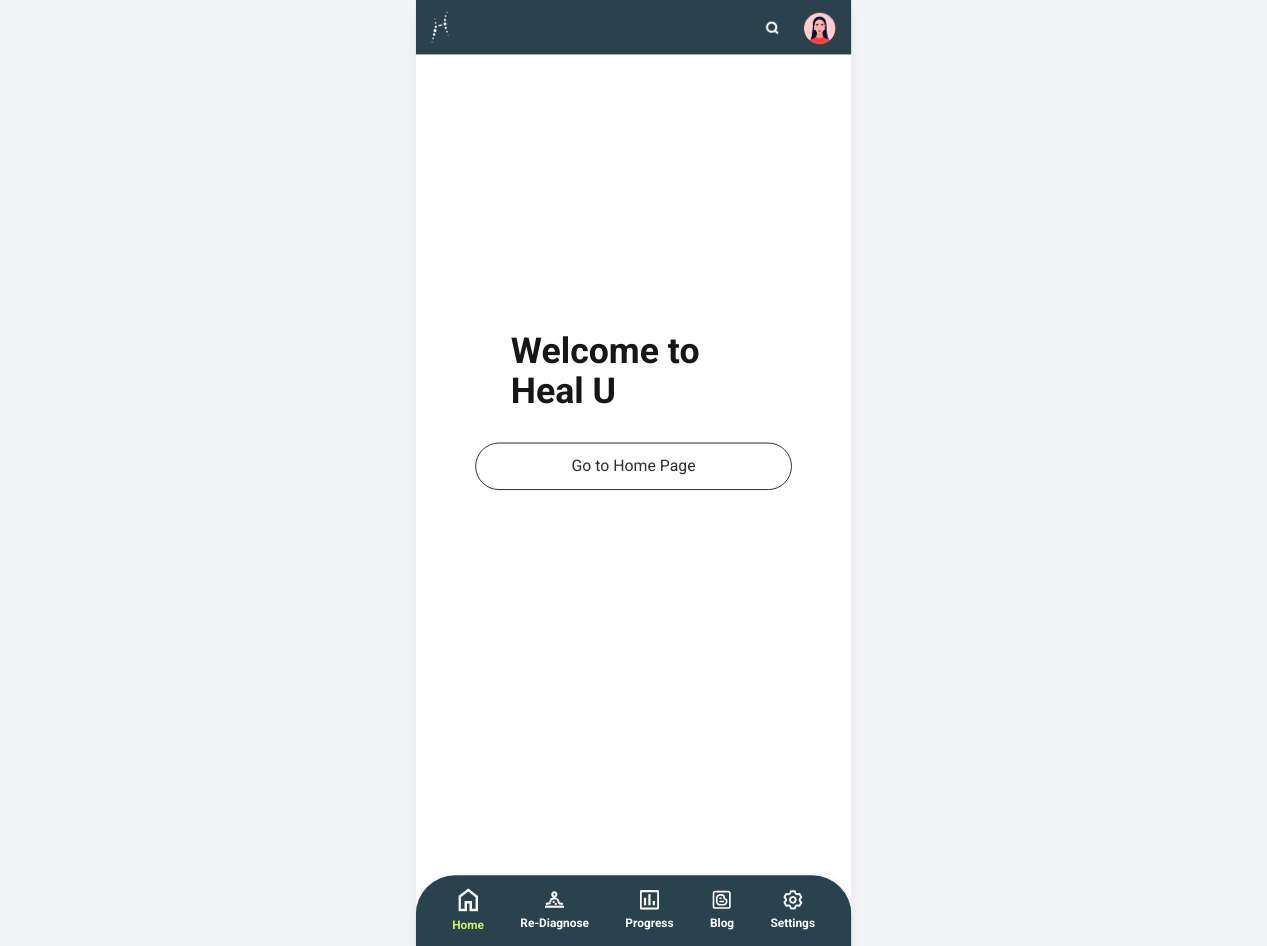
Repository: patcha-d3/heal_u
Page: /
An editor plug-in stored every save of this project. The page is shown before and after the next save, followed by the edit.
The browser window is 1280 px wide. The pictures show the whole page, at 99% of full size.
The project was rebuilt for these pictures with package versions that can differ from the ones it lists, and the page was loaded fresh each time. The framework's server and built-in components were replaced by stand-ins that run in the browser. Also part of the build but not shown: next.config.js, next.config.mjs.

Above is the page before, as saved 2025-05-08 10:43:42.

After the next save:
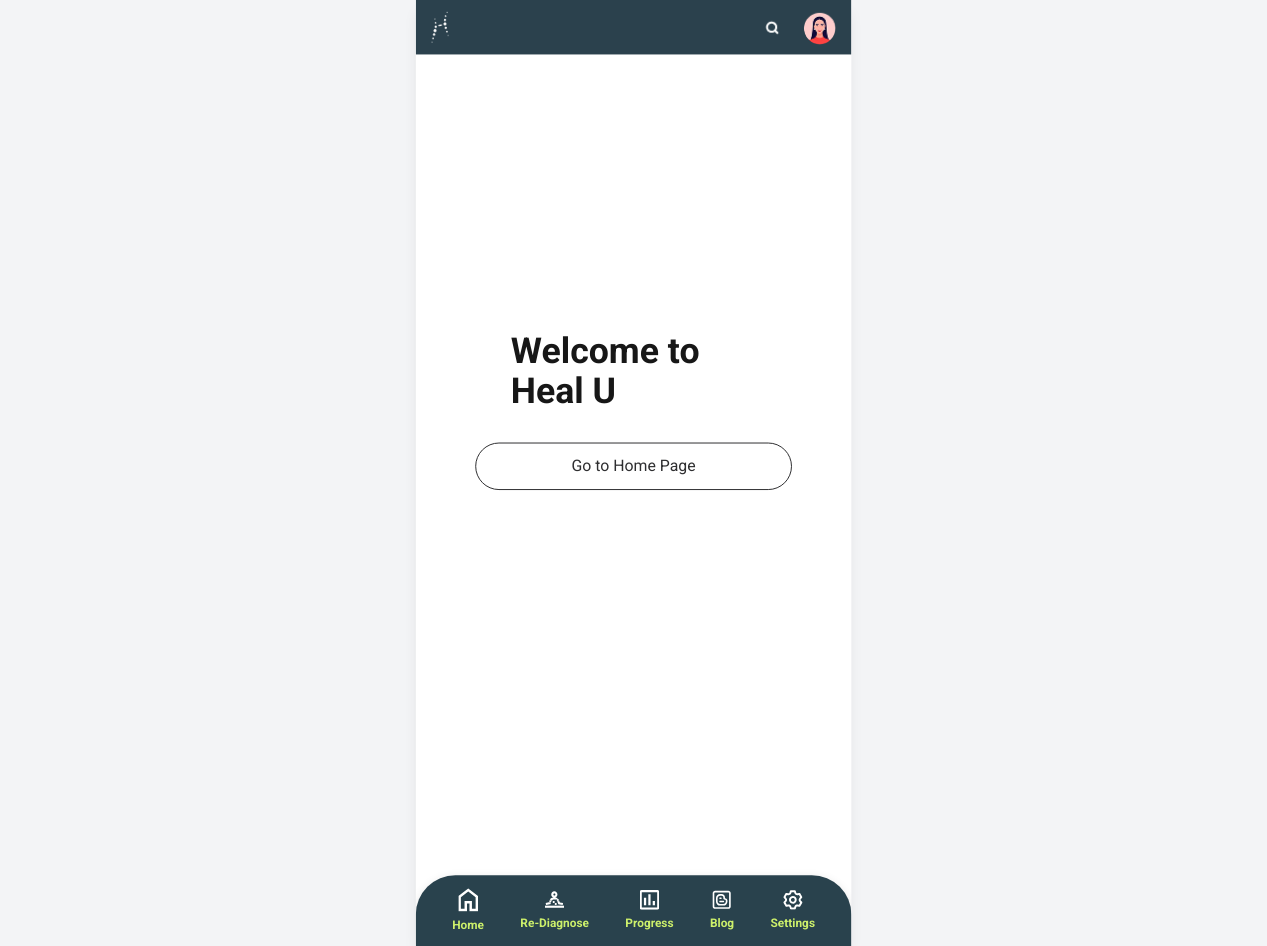
Saved 5 min 57 s later.
--- a/ui/Bottomnav/Bottomnav.js
+++ b/ui/Bottomnav/Bottomnav.js
@@ -20,7 +20,7 @@ export default function MobileNavbar() {
   return (
     <nav className={styles.navbar}>
       {menuItems.map((item, index) => {
-        const isActive = pathname === item.path;
+        const isActive = true;
 
         return (
           <Link href={item.path} key={index} className={styles.link}>
